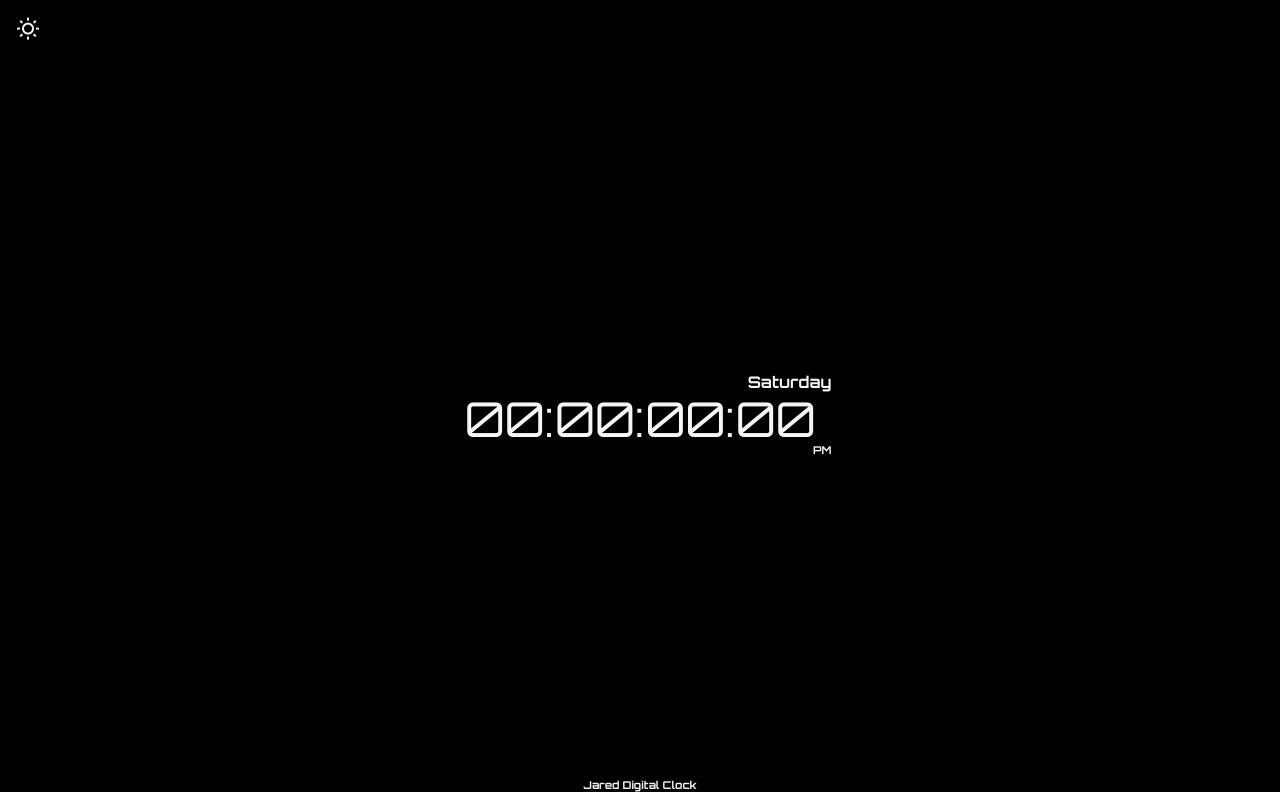
Repository: EguJaredoBoyd/Jared-Digital-Clock
Page: index.html
The author's editor kept a copy of each file at every save. The page is drawn from the files as they stood at one save, then again after the next save.
The browser window is 1280 px wide. The pictures show the whole page.
Some web libraries are served in a nearby version.

Above is the page before, as saved 2026-01-04 22:42:19.

### index.html
<!DOCTYPE html>
<html lang="en">
  <head>
    <meta charset="UTF-8" />
    <meta name="viewport" content="width=device-width, initial-scale=1.0" />
    <link rel="stylesheet" href="./css/styles.css" />
    <link
      href="https://cdn.jsdelivr.net/npm/remixicon@4.8.0/fonts/remixicon.css"
      rel="stylesheet"
    />
    <link rel="preconnect" href="https://fonts.googleapis.com" />
    <link rel="preconnect" href="https://fonts.gstatic.com" crossorigin />
    <link
      href="https://fonts.googleapis.com/css2?family=Orbitron:wght@400..900&display=swap"
      rel="stylesheet"
    />
    <script src="./js/theme.js" defer></script>
    <title>Document</title>
  </head>
  <body>
    <div class="digital-clock">
      <header>
        <button id="theme-toggle"><i class="ri-sun-line"></i></button>
      </header>

      <main>
        <div class="watch-container">
          <div class="watch-container__time">
            <p>00:00:00:00</p>
            <h4>Saturday</h4>
            <h6>PM</h6>
          </div>
        </div>
      </main>

      <footer>
        <h6>Jared Digital Clock</h6>
      </footer>
    </div>
  </body>
</html>

### css/styles.css
* {
  margin: 0;
  padding: 0;
  box-sizing: border-box;
}

:root {
  --primary-color: black;
  --text-color: whitesmoke;

  /* Light-mode color variables */
  --light-mode: whitesmoke;
  --light-text: black;

  /* Button color font */
  --button-color: var(--text-color);
}

html {
  font-size: 16px;
  background-color: var(--primary-color);
}

.light-mode {
  background-color: var(--light-mode);
  color: var(--light-text);
  --button-color: var(--light-text);
}

body {
  color: var(--text-color);
  background-color: var(--primary-color);
  font-family: "Orbitron", sans-serif;
  width: 100%;
}

header {
  padding: 1rem;
}

header button {
  background: none;
  border: none;
}

header button i {
  font-size: 1.5rem;
  color: var(--button-color);
}

.digital-clock {
  height: 100%;
  width: 100%;
  display: flex;
  flex-direction: column;
  align-content: space-between;
  max-width: 100%;
}

.watch-container {
  display: flex;
  flex-direction: column;
  justify-content: center;
  align-items: center;
  height: 100vh;
  width: 100%;
  max-width: 100%;
  position: relative;
}

.watch-container__time {
  display: flex;
  max-width: 100%;
  padding: 1rem;
  max-width: 100%;
  position: relative;
}

.watch-container__time p {
  font-size: 3rem;
}

.watch-container__time h4 {
  position: absolute;
  right: 0;
  top: 0;
  margin-bottom: 1rem;
}

.watch-container__time h6 {
  align-self: self-end;
  padding-bottom: 0.5rem;
  position: absolute;
  right: 0;
  bottom: 0;
}

footer h6 {
  text-align: center;
}

### js/theme.js
//Target the button element for the theme
const themeToggle = document.getElementById("theme-toggle");

//Create a function to handle the switching of themes
function switchThemeMode() {
  themeToggle.addEventListener("click", () => {
    document.body.classList.toggle("light-mode");
  });
}

switchThemeMode();

After the next save:
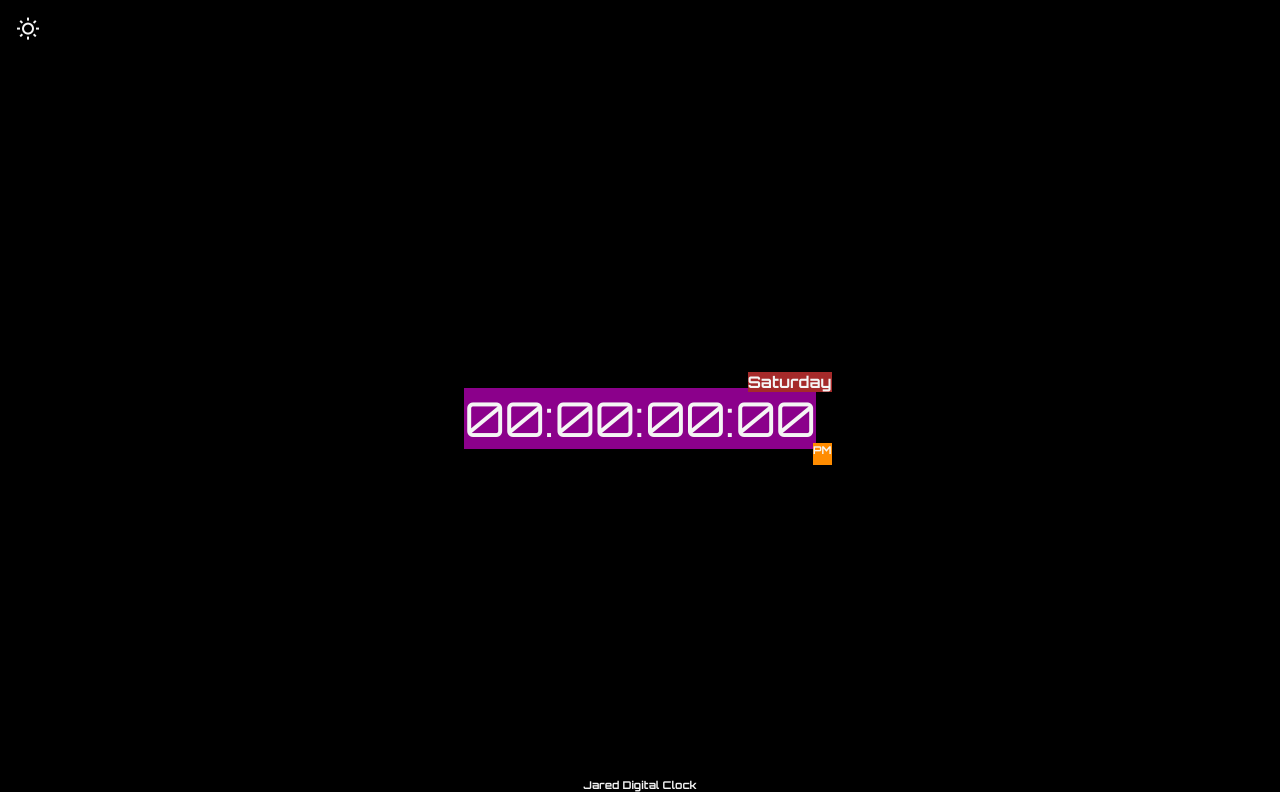
Saved 39 s later.
--- a/css/styles.css
+++ b/css/styles.css
@@ -78,6 +78,7 @@ header button i {
 
 .watch-container__time p {
   font-size: 3rem;
+  background-color: darkmagenta;
 }
 
 .watch-container__time h4 {
@@ -85,11 +86,13 @@ header button i {
   right: 0;
   top: 0;
   margin-bottom: 1rem;
+  background-color: brown;
 }
 
 .watch-container__time h6 {
   align-self: self-end;
   padding-bottom: 0.5rem;
+  background-color: darkorange;
   position: absolute;
   right: 0;
   bottom: 0;
